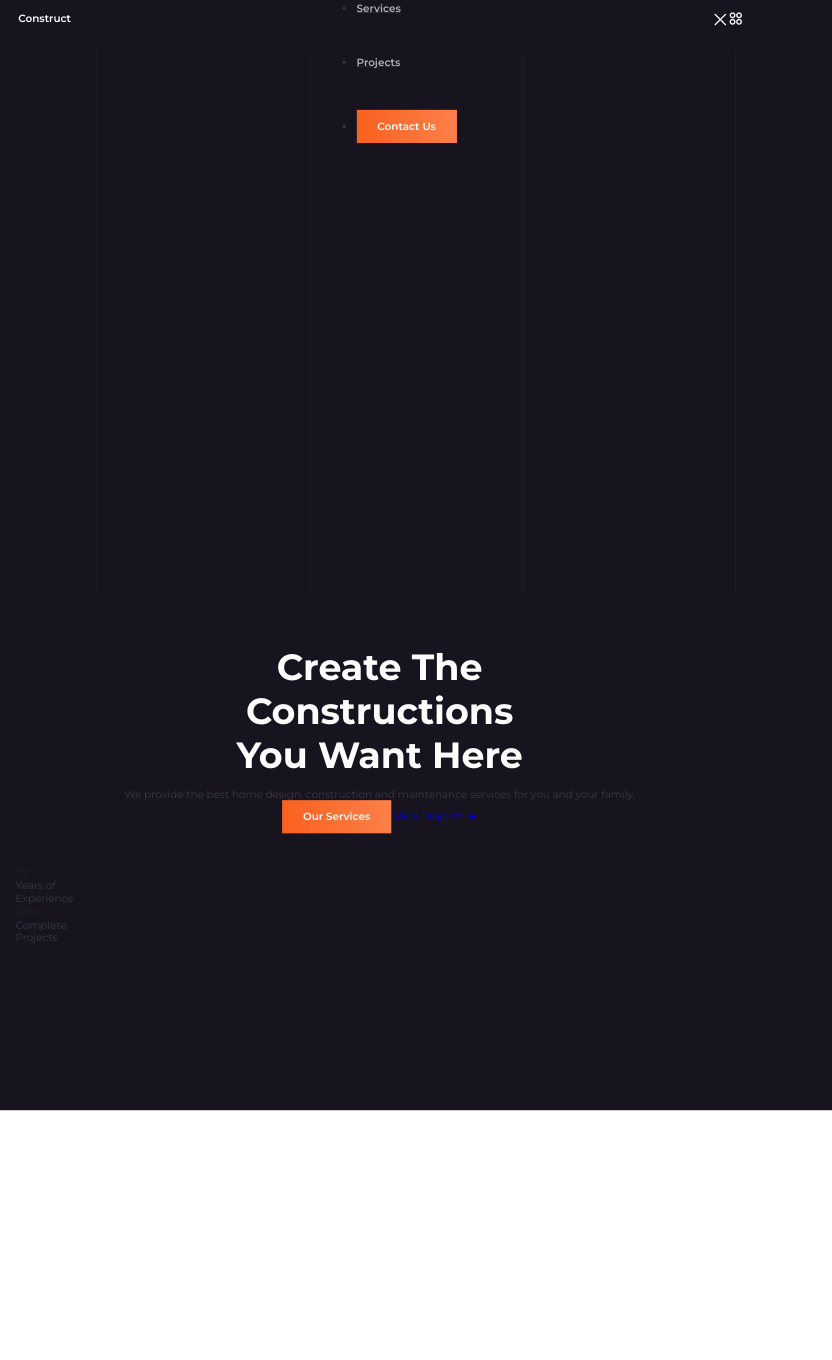
Repository: douglasabnovato/construction
Page: index.html
The author's editor kept a copy of each file at every save. The page is drawn from the files as they stood at one save, then again after the next save.
The browser window is 1280 px wide. The pictures show the whole page, at 65% of full size.

Above is the page before, as saved 2025-04-29 00:45:47.

After the next save:
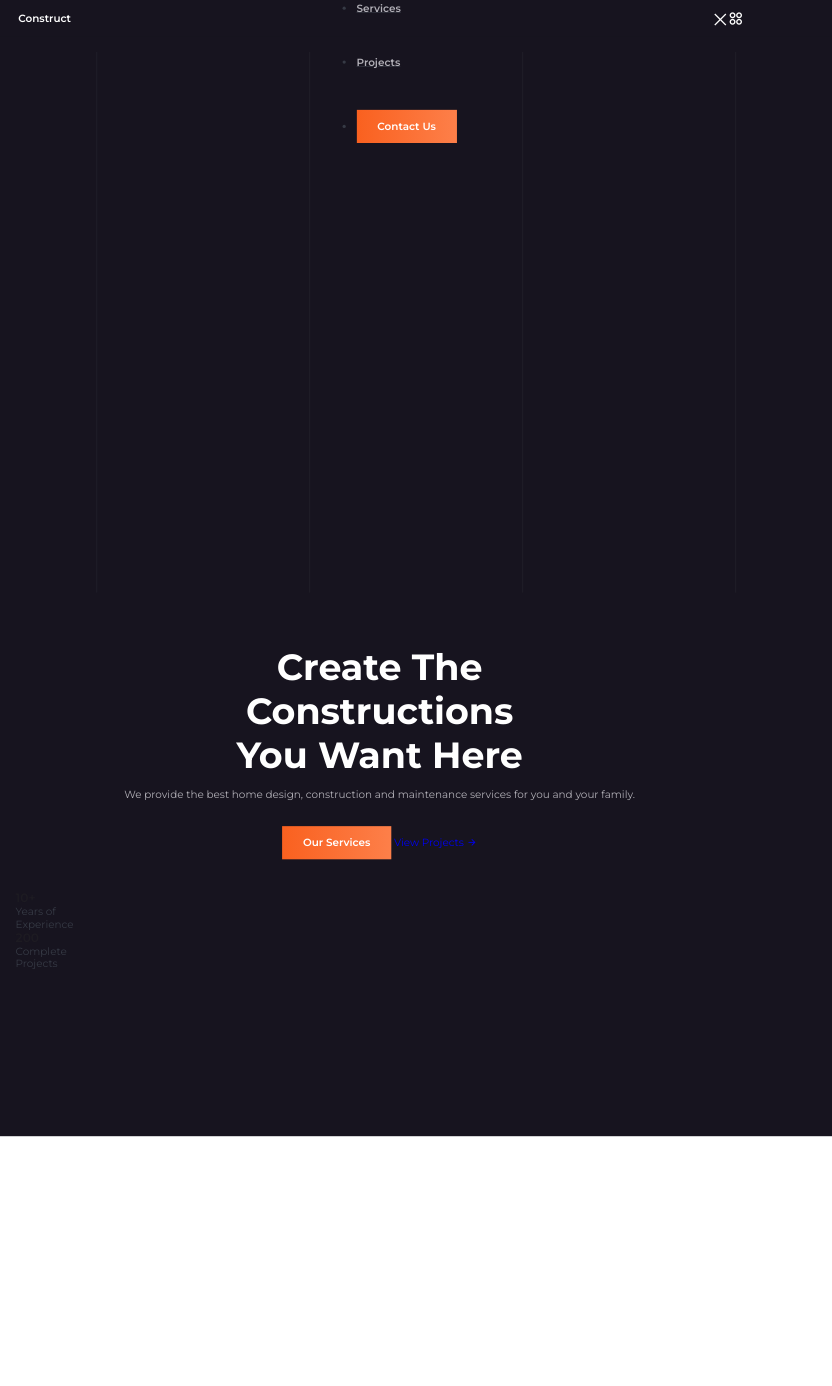
Saved 61 s later.
--- a/assets/css/styles.css
+++ b/assets/css/styles.css
@@ -250,6 +250,11 @@ img {
   margin-bottom: 1rem;
 }
 
+.home__description{
+  margin-bottom: 2.5rem;
+  color: var(--text-color-light);
+}
+
 /*=============== BUTTON ===============*/
 .button {
   display: inline-flex;
